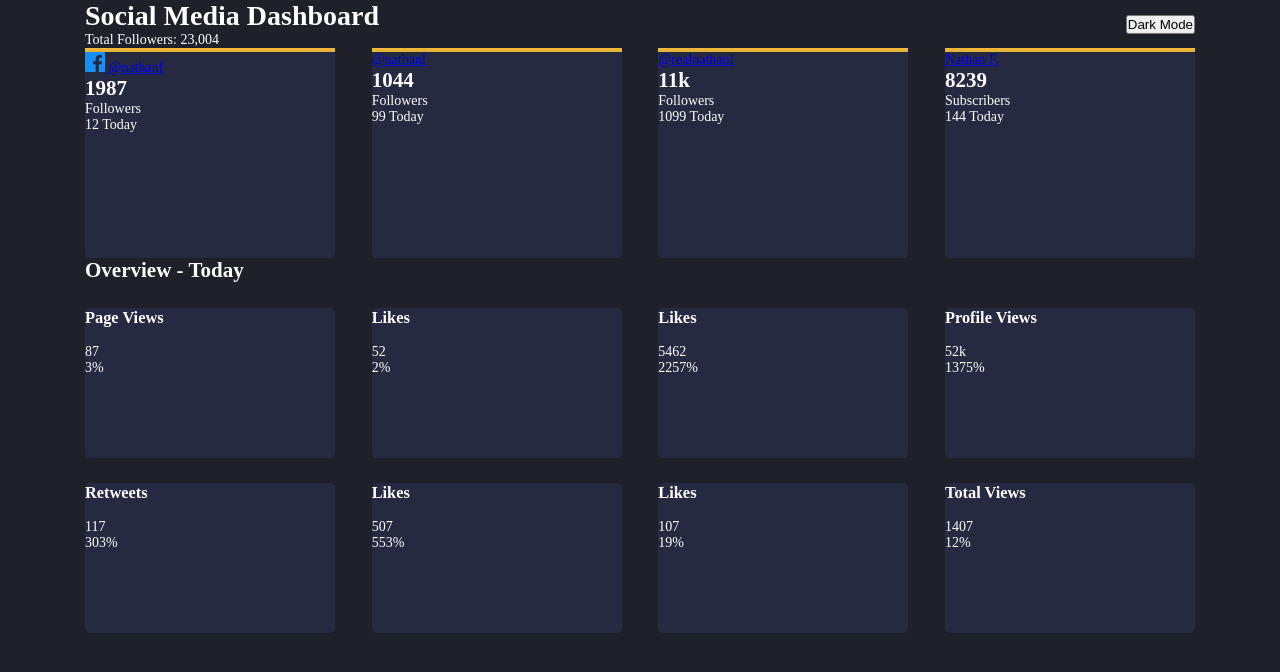
Repository: mamulini/social-media-dashboard-with-theme-switcher-master
Page: index.html
An editor plug-in stored every save of this project. The page is shown before and after the next save, followed by the edit.
The browser window is 1280 px wide. The pictures show the whole page.

Above is the page before, as saved 2020-04-06 13:40:00.

### index.html
<!DOCTYPE html>
<html lang="en">

<head>
  <meta charset="UTF-8">
  <meta name="viewport" content="width=device-width, initial-scale=1.0">
  <link rel="icon" type="image/png" sizes="32x32" href="./images/favicon-32x32.png">
  <link rel="stylesheet" href="./css/style.css">
  <title>Frontend Mentor | [Challenge Name Here]</title>
</head>

<body>
  <main class="dashboard container">
    <header class="header">
      <div class="title">
        <h1 class="title__name">Social Media Dashboard</h1>
        <p class="title__total">Total Followers: 23,004</p>
      </div>
      <button class="theme" type="button">Dark Mode</button>
    </header>
    <div class="followers_block">
      <div class="folowers">

        <a class="followers__link" href="#"><svg xmlns="http://www.w3.org/2000/svg" width="20" height="20">
          <path fill="#178FF5" d="M18.896 0H1.104C.494 0 0 .494 0 1.104v17.793C0 19.506.494 20 1.104 20h9.58v-7.745H8.076V9.237h2.606V7.01c0-2.583 1.578-3.99 3.883-3.99 1.104 0 2.052.082 2.329.119v2.7h-1.598c-1.254 0-1.496.597-1.496 1.47v1.928h2.989l-.39 3.018h-2.6V20h5.098c.608 0 1.102-.494 1.102-1.104V1.104C20 .494 19.506 0 18.896 0z"/>
        </svg> @nathanf</a>
        <h2 class="followers__sum">1987</h2>
        <p class="followers__title">Followers</p>
        <p class="followers__today">12 Today</p>
      </div>
      <div class="folowers">
        <a class="followers__link" href="#">@nathanf
        </a>
        <h2 class="followers__sum">1044</h2>
        <p class="followers__title">Followers</p>
        <p class="followers__today">99 Today</p>
      </div>
      <div class="folowers">
        <a class="followers__link" href="#">@realnathanf


        </a>
        <h2 class="followers__sum">11k</h2>
        <p class="followers__title">Followers</p>
        <p class="followers__today">1099 Today</p>
      </div>
      <div class="folowers">
        <a class="followers__link" href="#">Nathan F.
        </a>
        <h2 class="followers__sum">8239</h2>
        <p class="followers__title">Subscribers</p>
        <p class="followers__today">144 Today</p>
      </div>

    </div>
    <div class="overview">
      <h2 class="overview__title">Overview - Today</h2>
    </div>
    <div class="likes_counter">
      <div class="likes">
        <h3 class="likes__title">Page Views</h3>
        <img src="" alt="" class="like__icon">
        <p class="likes__num">87</p>
        <p class="likes__procent">3%</p>
      </div>
      <div class="likes">
        <h3 class="likes__title">Likes</h3>
        <img src="" alt="" class="like__icon">
        <p class="likes__num">52</p>
        <p class="likes__procent">2%</p>
      </div>
      <div class="likes">
        <h3 class="likes__title">Likes</h3>
        <img src="" alt="" class="like__icon">
        <p class="likes__num">5462</p>
        <p class="likes__procent">2257%</p>
      </div>
      <div class="likes">
        <h3 class="likes__title">Profile Views</h3>
        <img src="" alt="" class="like__icon">
        <p class="likes__num">52k</p>
        <p class="likes__procent">1375%</p>
      </div>
      <div class="likes">
        <h3 class="likes__title">Retweets</h3>
        <img src="" alt="" class="like__icon">
        <p class="likes__num">117</p>
        <p class="likes__procent">303%</p>
      </div>
      <div class="likes">
        <h3 class="likes__title">Likes</h3>
        <img src="" alt="" class="like__icon">
        <p class="likes__num">507</p>
        <p class="likes__procent">553%</p>
      </div>
      <div class="likes">
        <h3 class="likes__title">Likes</h3>
        <img src="" alt="" class="like__icon">
        <p class="likes__num">107</p>
        <p class="likes__procent">19%</p>
      </div>
      <div class="likes">
        <h3 class="likes__title">Total Views</h3>
        <img src="" alt="" class="like__icon">
        <p class="likes__num">1407</p>
        <p class="likes__procent">12%</p>
      </div>
    </div>
  </main>
  <!-- <div class="attribution">
    Challenge by <a href="https://www.frontendmentor.io?ref=challenge" target="_blank">Frontend Mentor</a>.
    Coded by <a href="#">Your Name Here</a>.
  </div> -->
</body>

</html>

### css/style.css
*{
    padding: 0;
    margin: 0;
    box-sizing: border-box;
}

body{
    font-size: 14px;
    background: hsl(230, 17%, 14%);
    color: #ffffff;
}

.container{
    max-width: 1110px;
    margin: 0 auto;

}

.header{
    display: flex;
    justify-content: space-between;
    align-items: center;
}

.followers_block{
    display: flex;
    justify-content: space-between;
}

.folowers{
    width: 250px;
    height: 210px;
    background: #e4e4e4;
    border-top: 4px solid #178FF5;
    border-radius: 5px;
    background: hsl(228, 28%, 20%);
    border-image: linear-gradient(#f6b73c, #4d9f0c) 30;
}

.likes_counter{
    display: flex;
    justify-content: space-between;
    flex-wrap: wrap;
}

.likes{
    flex: 0 0 calc(25% - #{$gap});
    width: 250px;
    height: 150px;
    background:  hsl(228, 28%, 20%);
    margin-top: 25px;
    border-radius: 5px;
}






.attribution { font-size: 11px; text-align: center; }
.attribution a { color: hsl(228, 45%, 44%); }

After the next save:
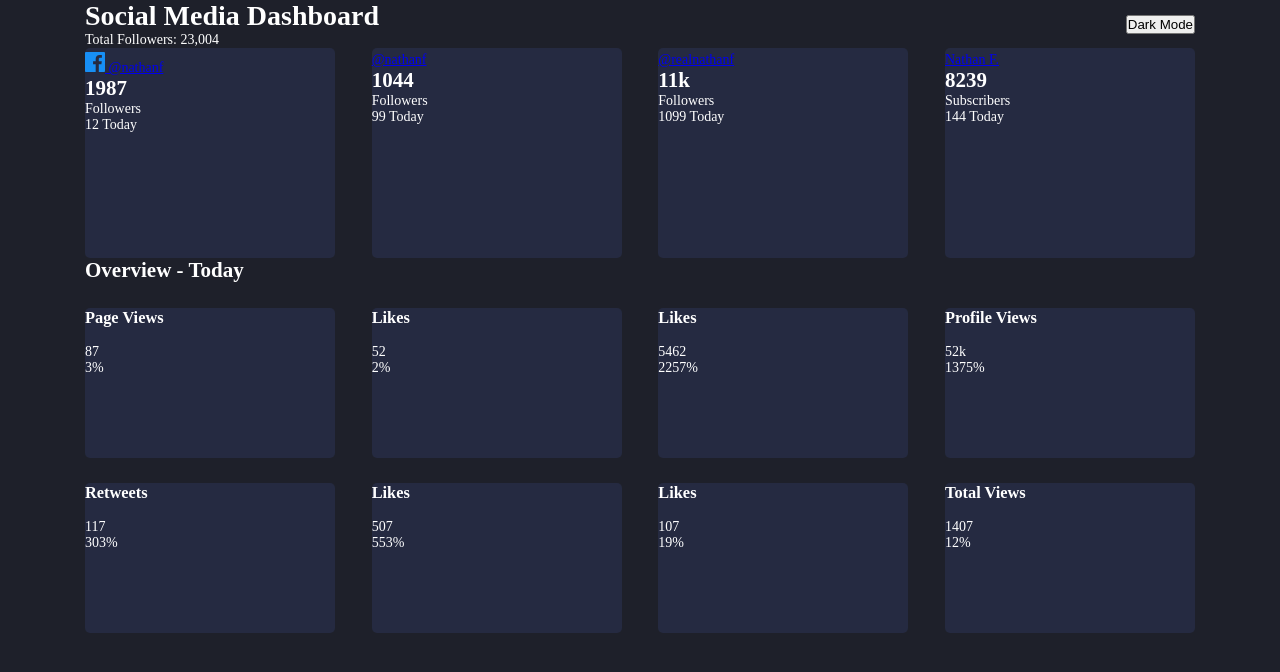
Saved 55 s later.
--- a/css/style.css
+++ b/css/style.css
@@ -34,7 +34,7 @@ body{
     border-top: 4px solid #178FF5;
     border-radius: 5px;
     background: hsl(228, 28%, 20%);
-    border-image: linear-gradient(#f6b73c, #4d9f0c) 30;
+    border-image: linear-gradient(#f6b73c, #4d9f0c) ;
 }
 
 .likes_counter{
